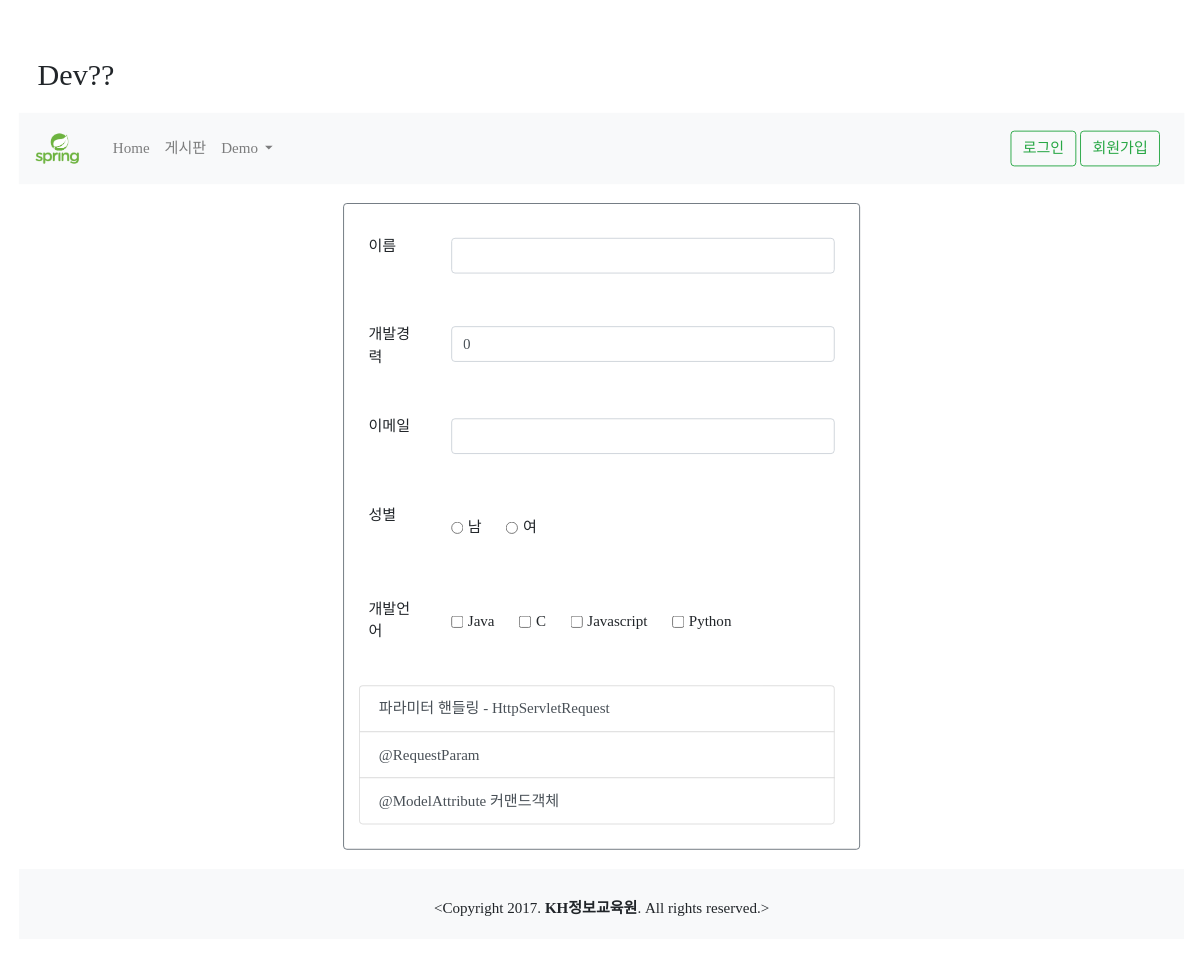
Repository: jsungl/SPRING-WORKSPACE
Page: http://localhost/hello-spring/WEB-INF/views/demo/devForm.jsp
These files come from the project's save history. The page is drawn as it stood at one moment and after the next save; the edit follows.
The browser window is 1280 px wide. The pictures show the whole page, at 94% of full size.
The page is served by Tomcat 9. Nobody is signed in. Other server files are loaded and not shown. The template is opened directly, without the code that normally fills it, so the values that code supplies are empty.

Above is the page before, as saved 2021-05-18 07:06:31.

### hello-spring/src/main/webapp/WEB-INF/views/demo/devForm.jsp
<%@ page language="java" contentType="text/html; charset=UTF-8"
    pageEncoding="UTF-8"%>
<%@ taglib prefix="c" uri="http://java.sun.com/jsp/jstl/core"%>
<%@ taglib prefix="fmt" uri="http://java.sun.com/jsp/jstl/fmt"%>
<%@ taglib prefix="fn" uri="http://java.sun.com/jsp/jstl/functions"%>
<jsp:include page="/WEB-INF/views/common/header.jsp">
	<jsp:param value="Dev등록" name="title"/>
</jsp:include>
<style>
div#demo-container{
	width:550px;
}
</style>

<div id="demo-container"
	 class="border border-secondary mx-auto p-3 rounded">
	<!-- https://getbootstrap.com/docs/4.1/components/forms/#readonly-plain-text -->
	<form id="devFrm">
		<div class="form-group row">
		  <label for="name" class="col-sm-2 col-form-label">이름</label>
		  <div class="col-sm-10">
		    <input type="text" class="form-control" id="name" name="name" required>
		  </div>
		</div>
		<div class="form-group row">
		  <label for="career" class="col-sm-2 col-form-label">개발경력</label>
		  <div class="col-sm-10">
		    <input type="number" class="form-control" id="career" name="career" value="0" required>
		  </div>
		</div>
		<div class="form-group row">
		  <label for="email" class="col-sm-2 col-form-label">이메일</label>
		  <div class="col-sm-10">
		    <input type="email" class="form-control" id="email" name="email" required>
		  </div>
		</div>
	  	<!-- https://getbootstrap.com/docs/4.1/components/forms/#inline -->
	    <div class="form-group row">
	    	<label class="col-sm-2 col-form-label">성별</label>
	    	<div class="col-sm-10">
			    <div class="form-check form-check-inline">
				  <input class="form-check-input" type="radio" name="gender" id="gender0" value="M">
				  <label class="form-check-label" for="gender0">남</label>
				</div>
				<div class="form-check form-check-inline">
				  <input class="form-check-input" type="radio" name="gender" id="gender1" value="F">
				  <label class="form-check-label" for="gender1">여</label>
				</div>
			</div>
		</div>
		<div class="form-group row">
			<label class="col-sm-2 col-form-label">개발언어</label>
			<div class="col-sm-10">
				<div class="form-check form-check-inline">
				  <input class="form-check-input" type="checkbox" name="lang" id="Java" value="Java">
				  <label class="form-check-label" for="Java">Java</label>
				</div>
				<div class="form-check form-check-inline">
				  <input class="form-check-input" type="checkbox" name="lang" id="C" value="C">
				  <label class="form-check-label" for="C">C</label>
				</div>
				<div class="form-check form-check-inline">
				  <input class="form-check-input" type="checkbox" name="lang" id="Javascript" value="Javascript">
				  <label class="form-check-label" for="Javascript">Javascript</label>
				</div>
				<div class="form-check form-check-inline">
				  <input class="form-check-input" type="checkbox" name="lang" id="Python" value="Python">
				  <label class="form-check-label" for="Python">Python</label>
				</div>
			</div>
		</div>
	</form>
	<!-- 전송버튼  -->
	<div class="list-group">
	  <button type="button" onclick="submitDev('dev1');" class="list-group-item list-group-item-action">파라미터 핸들링 - HttpServletRequest</button>
	  <button type="button" onclick="submitDev('dev2');" class="list-group-item list-group-item-action">@RequestParam</button>
	  <button type="button" onclick="submitDev('dev3');" class="list-group-item list-group-item-action">@ModelAttribute 커맨드객체</button>
	</div>
</div>
<script>
function submitDev(id){

	var $devFrm = $("#devFrm");
	$devFrm.attr("action",`${pageContext.request.contextPath}/demo/\${id}.do`)
		   .attr("method","POST")
		   .submit();
}
</script>
<jsp:include page="/WEB-INF/views/common/footer.jsp"/>

### hello-spring/src/main/webapp/WEB-INF/views/common/header.jsp
<%@ page language="java" contentType="text/html; charset=UTF-8"
    pageEncoding="UTF-8"%>
<%@ taglib prefix="c" uri="http://java.sun.com/jsp/jstl/core"%>
<%@ taglib prefix="fmt" uri="http://java.sun.com/jsp/jstl/fmt"%>
<%@ taglib prefix="fn" uri="http://java.sun.com/jsp/jstl/functions"%>
<!DOCTYPE html>
<html>
<head>
<meta charset="UTF-8">
<title>${param.title}</title>

<script src="http://code.jquery.com/jquery-latest.min.js"></script>

<!-- bootstrap js: jquery load 이후에 작성할것.-->
<script src="https://cdnjs.cloudflare.com/ajax/libs/popper.js/1.14.3/umd/popper.min.js" integrity="sha384-ZMP7rVo3mIykV+2+9J3UJ46jBk0WLaUAdn689aCwoqbBJiSnjAK/l8WvCWPIPm49" crossorigin="anonymous"></script>
<script src="https://stackpath.bootstrapcdn.com/bootstrap/4.1.3/js/bootstrap.min.js" integrity="sha384-ChfqqxuZUCnJSK3+MXmPNIyE6ZbWh2IMqE241rYiqJxyMiZ6OW/JmZQ5stwEULTy" crossorigin="anonymous"></script>

<!-- bootstrap css -->
<link rel="stylesheet" href="https://stackpath.bootstrapcdn.com/bootstrap/4.1.0/css/bootstrap.min.css" integrity="sha384-9gVQ4dYFwwWSjIDZnLEWnxCjeSWFphJiwGPXr1jddIhOegiu1FwO5qRGvFXOdJZ4" crossorigin="anonymous">

<!-- 사용자작성 css -->
<link rel="stylesheet" href="${pageContext.request.contextPath }/resources/css/style.css" />

</head>
<body>
<div id="container">
	<header>
		<div id="header-container">
			<h2>${param.title}</h2>
		</div>
		<!-- https://getbootstrap.com/docs/4.0/components/navbar/ -->
		<nav class="navbar navbar-expand-lg navbar-light bg-light">
			<a class="navbar-brand" href="#">
				<img src="${pageContext.request.contextPath }/resources/images/logo-spring.png" alt="스프링로고" width="50px" />
			</a>
			<button class="navbar-toggler" type="button" data-toggle="collapse" data-target="#navbarNav" aria-controls="navbarNav" aria-expanded="false" aria-label="Toggle navigation">
				<span class="navbar-toggler-icon"></span>
		  	</button>
			<div class="collapse navbar-collapse" id="navbarNav">
				<ul class="navbar-nav mr-auto">
			    	<li class="nav-item"><a class="nav-link" href="${pageContext.request.contextPath}">Home</a></li>
                    <li class="nav-item"><a class="nav-link" href="${pageContext.request.contextPath}/board/boardList.do">게시판</a></li>
                    <!-- 데모메뉴 DropDown -->
                    <!--https://getbootstrap.com/docs/4.1/components/navbar/#supported-content-->
                    <li class="nav-item dropdown">
                        <a class="nav-link dropdown-toggle" href="#" id="navbarDropdown" role="button" data-toggle="dropdown" aria-haspopup="true" aria-expanded="false">
                            Demo
                        </a>
                        <div class="dropdown-menu" aria-labelledby="navbarDropdown">
                            <a class="dropdown-item" href="${pageContext.request.contextPath}/demo/devForm.do">Dev 등록</a>
                            <a class="dropdown-item" href="${pageContext.request.contextPath}/demo/devList.do">Dev 목록</a>
                        </div>
				    </li>
			    </ul>
			    <button class="btn btn-outline-success my-2 my-sm-0" type="button" >로그인</button>
                &nbsp;
                <button class="btn btn-outline-success my-2 my-sm-0" type="button">회원가입</button>
			 </div>
		</nav>
	</header>
	<section id="content">

### hello-spring/src/main/webapp/WEB-INF/views/common/footer.jsp
<%@ page language="java" contentType="text/html; charset=UTF-8"
    pageEncoding="UTF-8"%>
</section>
	<footer>
		<p>&lt;Copyright 2017. <strong>KH정보교육원</strong>. All rights reserved.&gt;</p>
	</footer>

</div>
</body>
</html>

### hello-spring/src/main/webapp/resources/css/style.css
@CHARSET "UTF-8";
body {font-family:"휴먼모음T";}
div, section, header, aside, footer {padding:10px;}

/********** 전체컨테이너 **********/
div#container	{}

/********** header **********/
header div#header-container {height:100px;}
header div#header-container h2 	{margin:30px 10px 0px 10px;}


/********** content **********/
section#content		{min-height:600px;}


/********** footer **********/
footer	{background-color:#f8f9fa; background-clip:content-box; clear:both; height:95px; text-align:center;}
footer p 	{margin-top:30px;}

After the next save:
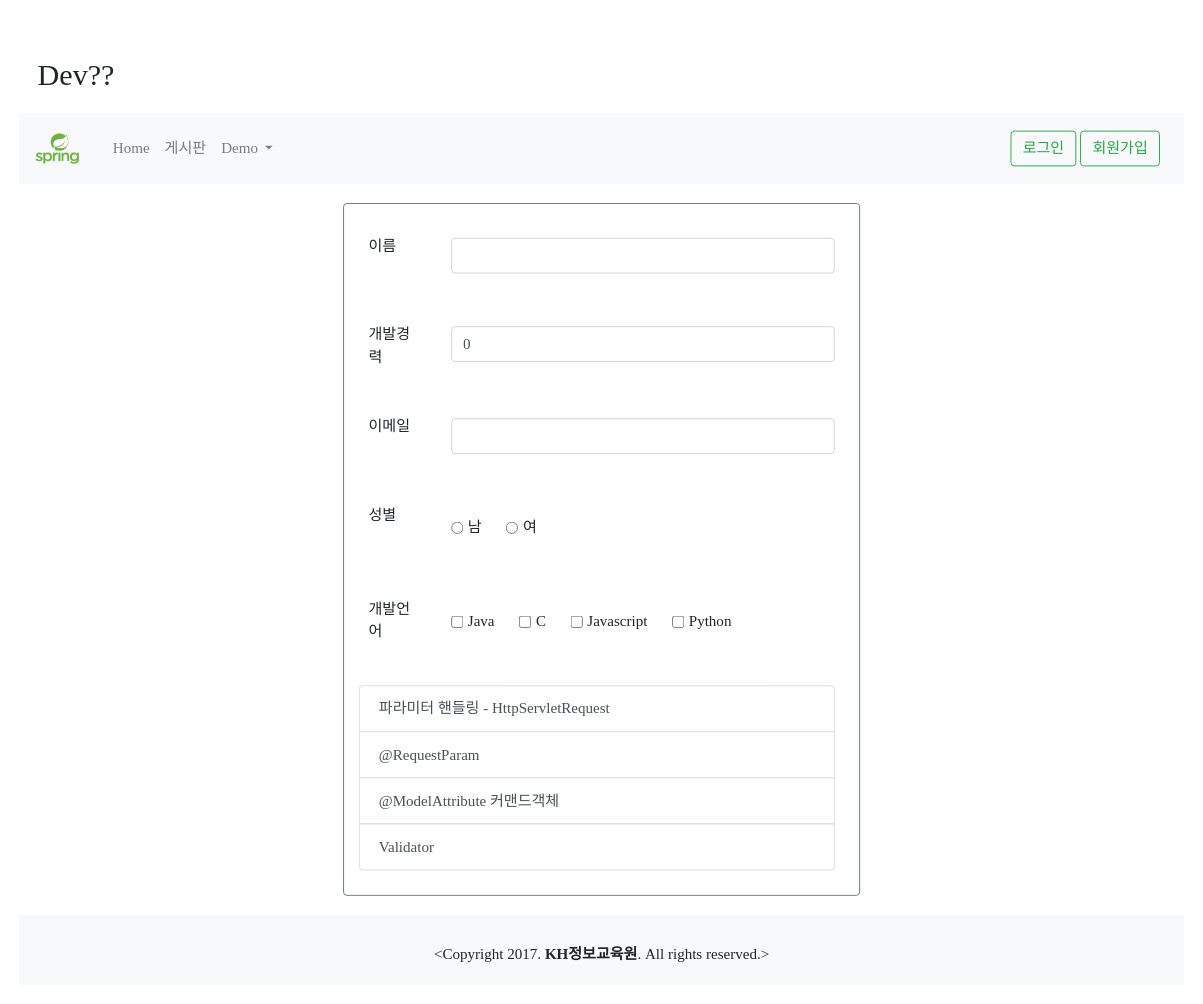
Saved 2 min 35 s later.
--- a/hello-spring/src/main/webapp/WEB-INF/views/demo/devForm.jsp
+++ b/hello-spring/src/main/webapp/WEB-INF/views/demo/devForm.jsp
@@ -75,6 +75,7 @@ div#demo-container{
 	  <button type="button" onclick="submitDev('dev1');" class="list-group-item list-group-item-action">파라미터 핸들링 - HttpServletRequest</button>
 	  <button type="button" onclick="submitDev('dev2');" class="list-group-item list-group-item-action">@RequestParam</button>
 	  <button type="button" onclick="submitDev('dev3');" class="list-group-item list-group-item-action">@ModelAttribute 커맨드객체</button>
+	  <button type="button" onclick="submitDev('dev4');" class="list-group-item list-group-item-action">Validator</button>
 	</div>
 </div>
 <script>
